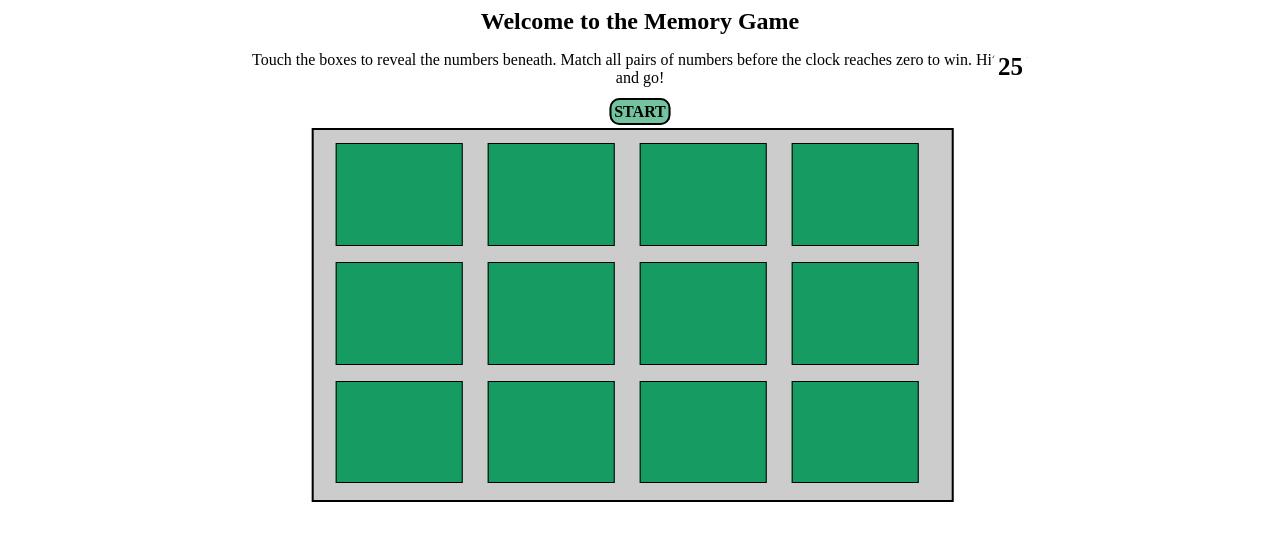
Repository: Code-Institute-Submissions/InteractiveMilestoneProject
Page: index.html
The author's editor kept a record of every edit. The page is drawn from the files as they stood at one moment, then again after the next edit.
The browser window is 1280 px wide. The pictures show the whole page.

Above is the page before.

### index.html
<!DOCTYPE html>
<html lang="en">

<head>
    <meta charset="utf-8">

    <meta name="viewport" content="width=device-width, height=device-height, user-scalable=no">
    <title>Js_Game_Temporizador</title>
    <link rel="stylesheet" href="css/style.css">

</head>

<body>
   <div id="cont">
        <h1>Welcome to the Memory Game</h1>
        <p>Touch the boxes to reveal the numbers beneath. Match all pairs of numbers before the clock reaches zero to win. Hit start and go!</p>
        <span id="start">START</span>
         <div id="borde"></div>
        <div id="table_memoria"></div>
        <div id="cronometro"><span>25</span></div>
    </div>

     <script type="text/javascript" src="https://code.jquery.com/jquery-git.min.js"></script>
     <script src="js/script.js"></script>


</body>

</html>

### css/style.css
 #cont {
     text-align: center;
     position: relative;
     width: 90%;
     transform: translateX(45%);
     left: -35%;
     height: 650px;
 }
 h1{
  margin-top: 0px;
  font-size: 1.5em;
  }

  #borde {
     position: absolute;
     width: 80%;
     height: 50%;
     padding: 5px;
     transform: translateX(10%);
     top: 170px;
     z-index: 5;
 }

 #table_memoria {
     background: #ccc;
     border: black 2px solid;
     width: 80%;
     height: 50%;
     padding: 5px;
     margin: 0px auto;
     position: absolute;
     transform: translateX(10%);
     top: 170px;
 }

 #table_memoria > div {
     background: #169B62;
     border: #000 1px solid;
     width: 26%;
     height: 20%;
     float: left;
     margin-top: 7px;
     margin-bottom: 7px;
     margin-left: 14px;
     margin-right: 0px;
     font-size: 35px;
     cursor: pointer;
     text-align: center;

 }
  #cronometro {
     position: absolute;
     display: inline-block;
     top: 100px;
     right: 2px;
     width: 40px;
     height: 40px;
     font-size: 25px;
     font-weight: bold;
     background: #FFF;
     border-radius: 50px;
     padding-top: 5px;

 }

 .green {
     color: green;
     border: 5px solid green;
 }

 .yellow {
     color: orange;
     border: 5px solid orange;
 }

 .red {
     color: red;
     border: 5px solid red;
 }

 #start {
     width: 80px;
     cursor: pointer;
     font-weight: bold;
     padding: 3px;
     border: 2px solid black;
     border-radius: 10px;
     background: rgb(22, 155, 98, 0.6);
 }
 /* ____________  ESTA MEDIA SCREEN ES PARA LOS MOBILES PEQUEÑOS ___________*/

@media screen and (max-width: 360px) {

     h1 {
     margin-top: 0px;
     font-size: 1.2em;
    }
   #cont p{
       font-size: 13px;
       margin-bottom: 20px;
   }
}
 /* ____________  PRIMERA MEDIA SCREEN ___________*/

 @media (min-width: 789px) {

         #borde {
         height: 55%;
         top: 120px;
     }

     #table_memoria {
         height: 55%;
         top: 120px;
     }

     #table_memoria > div {
         width: 21%;
         height: 27%;
         margin-left: 17px;
     }
      #cronometro {

         top: 40px;


     }

 }

 /* ___________  SEGUNDA MEDIA SCREEN _____________*/

 @media (min-width: 992px) {
     #cont {
         transform: translateX(-50%);
         left: 50%;
         width: 70%;
         height: 600px;
         max-width: 785px;
     }

          #borde {
         height: 60%;
         top: 120px;
         max-width: 630px;
         max-height: 400px;

     }
     #table_memoria {
         height: 60%;
         top: 120px;
         max-width: 630px;
         max-height: 400px;
     }

     #table_memoria > div {
         background: #169B62;
         border: #000 1px solid;
         width: 20%;
         height: 28%;
         float: left;
         margin: 8px;
         margin-left: 16.5px;
         font-size: 64px;
         cursor: pointer;
         text-align: center;
     }
 }

### js/script.js

        var arrayMemoria = ["1", "1", "2", "2", "3", "3", "4", "4", "5", "5", "6", "6"];

        var valor_memoria = [];
        var memoria_carta_ids = [];
        var virada_carta = 0;

        // Funcion tiempo en segundos

        var seg = 25;
        var timer

        function restar() {
            timer = setInterval(function() {
                seg = seg - 1;
                //
                if (seg >= 0) {
                    $("#cronometro").html(seg);
                } else {
                    alert("PERDISTE ........ JUGAR DE NUEVO");
                    clearInterval(timer);
                    virada_carta = 0;
                    nuevaTabla();
                    $("#borde").show();
                    $("#cronometro").html("25");
                    $("#cronometro").removeClass("red");
                    $("#cronometro").addClass("green");
                    seg = 25;
                }
                if (seg >= 6 && seg <= 15) {
                    $("#cronometro").removeClass("green");
                    $("#cronometro").addClass("yellow");
                } else if (seg >= 0 && seg <= 5) {
                    $("#cronometro").removeClass("yellow");
                    $("#cronometro").addClass("red");
                }

            }, 1000);

        }


        $('#start').on("click", function() {
            if (seg === 25) {
                $("#cronometro").addClass("green");
                $("#borde").hide();
                restar();
            }
        });

        // Metodo Fisher-Yates para mezclar un array
        Array.prototype.memoriaCartaEmbarajar = function() {
            var i = this.length;
            var indiceAleatorio;
            var valorTemporal;
            while (--i > 0) {
                indiceAleatorio = Math.floor(Math.random() * (i + 1));
                valorTemporal = this[indiceAleatorio];
                this[indiceAleatorio] = this[i];
                this[i] = valorTemporal;
            };
        };
        // Funcion para crear un nuevo tablero
        function nuevaTabla() {
            var output = "";
            arrayMemoria.memoriaCartaEmbarajar();

            for (var i = 0; i < arrayMemoria.length; i++) {
                output += '<div id="carta_' + i + '" onclick="virarCartaMemoria(this,\'' + arrayMemoria[i] + '\')"></div>';
            }
            document.getElementById('table_memoria').innerHTML = output;
            //            $("#borde").show();
            //            document.getElementById('borde').show();

            valor_memoria = [];
            memoria_carta_ids = [];
            var virada_carta = 0;
            // probando una cosa
        }

        // Funcion del Juego
        function virarCartaMemoria(carta, valor) {

            if (carta.innerHTML == "" && valor_memoria.length < 2) {
                carta.style.background = '#fff';
                carta.innerHTML = valor;
                // Codigo a ejecutar al dar vuelta la primera carta
                if (valor_memoria.length === 0) {
                    valor_memoria.push(valor);
                    memoria_carta_ids.push(carta.id);
                    // Codiga a ejecuatra al dar vueta la seganda carta
                } else if (valor_memoria.length === 1) {
                    valor_memoria.push(valor);
                    memoria_carta_ids.push(carta.id);
                    if (valor_memoria[0] === valor_memoria[1]) {
                        virada_carta += 2;
                        // despejando los dos Arrays
                        valor_memoria = [];
                        memoria_carta_ids = [];
                        // chekea si la mesa entera esta despejada
                        if (virada_carta === arrayMemoria.length) {
                            // XXXXXXXX      AQUI TENGO QUE PARAR EL RELOJ     XXXXXXXX

                            setTimeout(function() {
                                alert("GANASTE !!!  ... Creando un nuevo tablero");
                                clearInterval(timer);
                                document.getElementById('table_memoria').innerHTML = "";
                                seg = 25;
                                $("#borde").show();
                                $("#cronometro").html("25");
                                $("#cronometro").removeClass("yellow");
                                $("#cronometro").removeClass("red");
                                $("#cronometro").addClass("green");
                                valor_memoria = [];
                                memoria_carta_ids = [];
                                virada_carta = 0;
                                nuevaTabla();

                            }, 100);



                        }
                    } else {
                        function virarAtras() {
                            // las dos cartas se van a virar
                            var carta_1 = document.getElementById(memoria_carta_ids[0]);
                            var carta_2 = document.getElementById(memoria_carta_ids[1]);
                            carta_1.style.background = '#169B62';
                            carta_1.innerHTML = "";
                            carta_2.style.background = '#169B62';
                            carta_2.innerHTML = "";
                            // despejando los dos Arrays
                            valor_memoria = [];
                            memoria_carta_ids = [];
                        }
                        setTimeout(virarAtras, 700);
                    }
                }
            }
        }

nuevaTabla();

After the next edit:
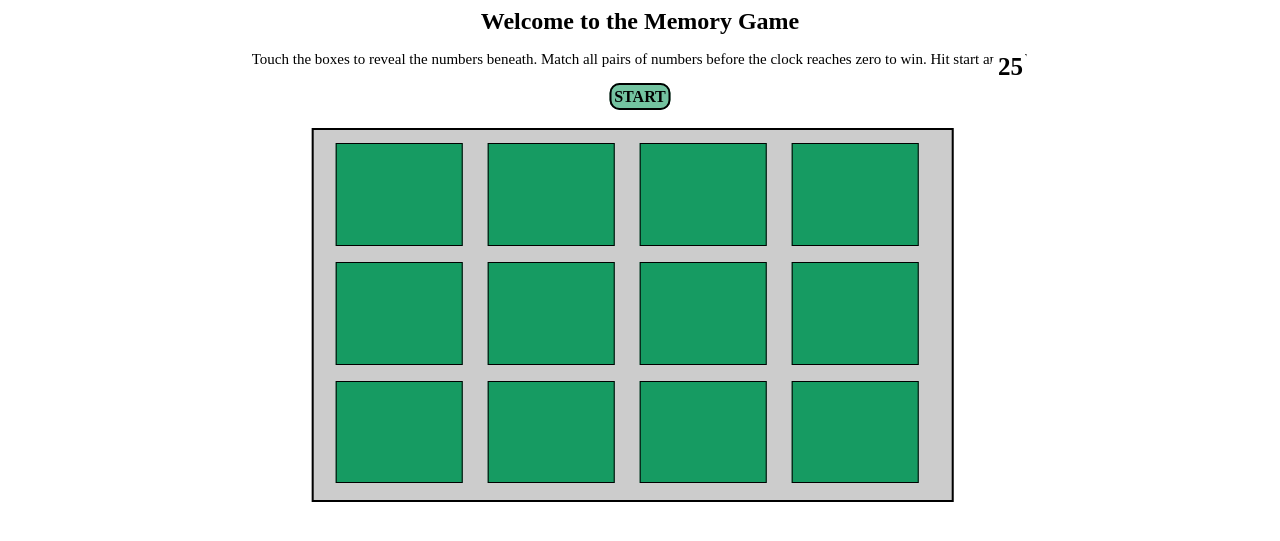
The edit:
--- a/css/style.css
+++ b/css/style.css
@@ -10,7 +10,11 @@
   margin-top: 0px;
   font-size: 1.5em;
   }
+  #cont p{
 
+    font-size: 15px;
+    margin-bottom: 20px;
+}
   #borde {
      position: absolute;
      width: 80%;
